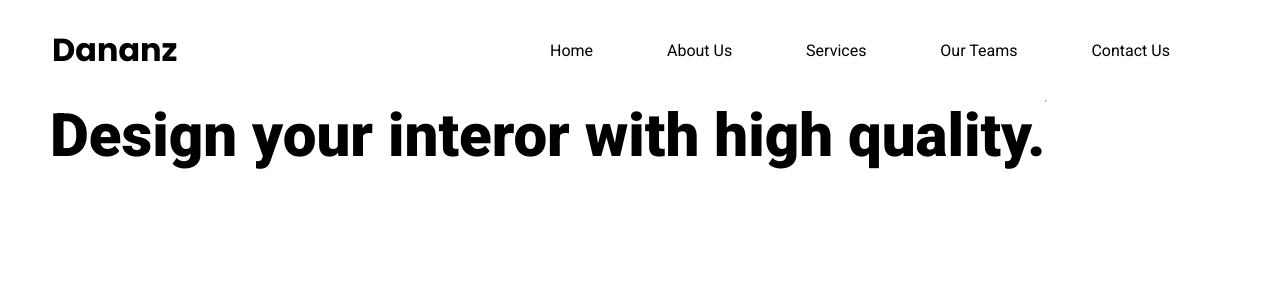
Repository: AsadKasimov/disain
Page: index.html
The author's editor kept a copy of each file at every save. The page is drawn from the files as they stood at one save, then again after a run of saves.
The browser window is 1280 px wide. The pictures show the whole page.

Above is the page before, as saved 2023-04-20 01:11:05.

### index.html
<!DOCTYPE html>
<html lang="en">
<head>
    <meta charset="UTF-8">
    <meta http-equiv="X-UA-Compatible" content="IE=edge">
    <meta name="viewport" content="width=device-width, initial-scale=1.0">
    <title>F</title>
    <link rel="stylesheet" href="./style.css">
</head>
<body>
    <div class="wrapper">
        <header class="header">
            <!-- Шапка -->
            <div class="logo">
                <img src="./img/Dananz.png" alt="">
            </div>

            <!-- Меню сайта -->
            <nav class="nav">
                <ul>
                    <li>Home</li>
                    <li>About Us</li>
                    <li>Services</li>
                    <li>Our Teams</li>
                    <li>Contact Us</li>

                </ul>
            </nav>

            <!-- Иконка бургерменю -->
            <div class="burger">
                <span></span>
            </div>
        </header>
        <div class="menu">
            <div class="text-menu">
                <h1>Design your interor with high quality.</h1>
            </div>
            <div class="text-line"><hr></div>

        </div>

    </div>



    <script>
        document.querySelector('.burger').addEventListener('click', function() {
            this.classList.toggle('active');
            document.querySelector('.nav').classList.toggle('open');
        })
    </script>
</body>
</html>

### style.css
@import url('https://fonts.googleapis.com/css2?family=Roboto:ital,wght@0,100;0,300;0,400;0,500;0,900;1,100;1,300;1,400;1,500;1,700;1,900&display=swap');

html, body {
  height: 100%;
  width: 100%;

}

body {
  display: flex;
  flex-direction: column;
  font-family: 'Roboto', sans-serif;
  background-color: #fff;

}

*{
  padding: 0;
  margin: 0;
  box-sizing: border-box;
}

.wrapper{
  flex-grow: 1;
}

.open{
  display: flex !important;
}

.header{
  display: flex;
  align-items: center;
  justify-content: space-between;
  min-height: 100px;
  background-color: #fff;
  color: #000;
  padding: 0 70px;
}

.logo{
  display: flex;
  justify-content: center;
  flex-direction: column;
  align-items: center;

  width: 90px;
  height: 90px;
}

.nav{
  display: flex;
  width: 700px;
  padding: 0 40px;
}

.nav ul{
  width: 100%;
  list-style: none;
  display: flex;
  justify-content: space-between;
}

.burger{
  display: none;
  position: relative;
  z-index: 50;
  align-items: center;
  justify-content: flex-end;
  width: 30px;
  height: 18px;
}

.burger span{
  height: 2px;
  width: 80%;
  transform: scale(1);
  background-color: #000;
}

.burger::before, .burger::after{
  content: '';
  position: absolute;
  height: 2px;
  width: 100%;
  background-color: #000;
  transition: all 0.3s ease 0s;
}

.burger::before { top: 0 }

.burger::after { bottom: 0 }


.burger.active span { transform: scale(0) }

.burger.active::before{
  top: 50%;
  transform: rotate(-45deg) translate(0, -50%);
}

.burger.active::after{
  bottom: 50%;
  transform: rotate(45deg) translate(0, 50%);
}

h1 {
  display: block;
  font-size: 2em;
  margin-block-start: 0;
  margin-block-end: 0;
  margin-inline-start: 0px;
  margin-inline-end: 0px;
  font-weight: bold;
}

.menu{
  display: flex;
  justify-content: flex-start;
  padding: 0 50px;
}

.text-menu{
  font-weight: 700;
  font-size: 30px;
}

@media (max-width: 700px) {

  .burger { display: flex }

  .nav{
      display: none;
      flex-direction: column;
      position: fixed;
      height: 100%;
      width: 100%;
      top: 0; bottom: 0; left: 0; right: 0;
      z-index: 50;
      overflow-y: auto;
      padding: 50px 40px;
      background-color: ghostwhite;

  }

  .nav ul{
      flex-direction: column;
      row-gap: 30px;
  }
}

After the next 2 saves:
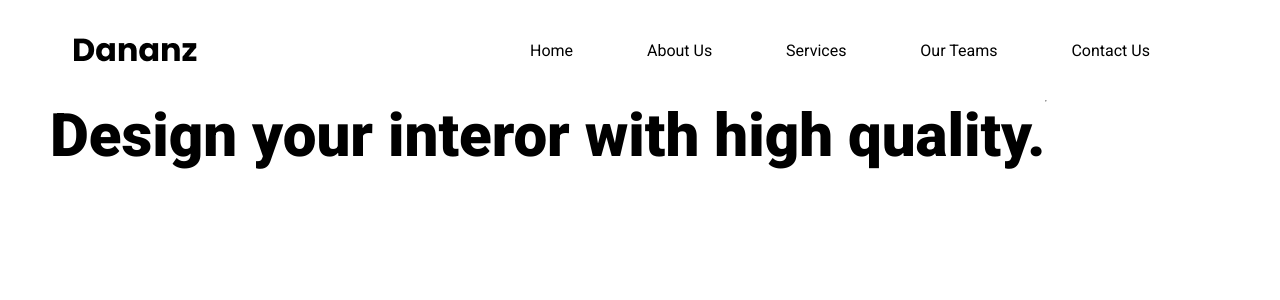
The 2 saves are shown as one change because they came seconds apart.
The last was saved 11 s later.
--- a/style.css
+++ b/style.css
@@ -35,7 +35,7 @@ body {
   min-height: 100px;
   background-color: #fff;
   color: #000;
-  padding: 0 70px;
+  padding: 0 90px;
 }
 
 .logo{
